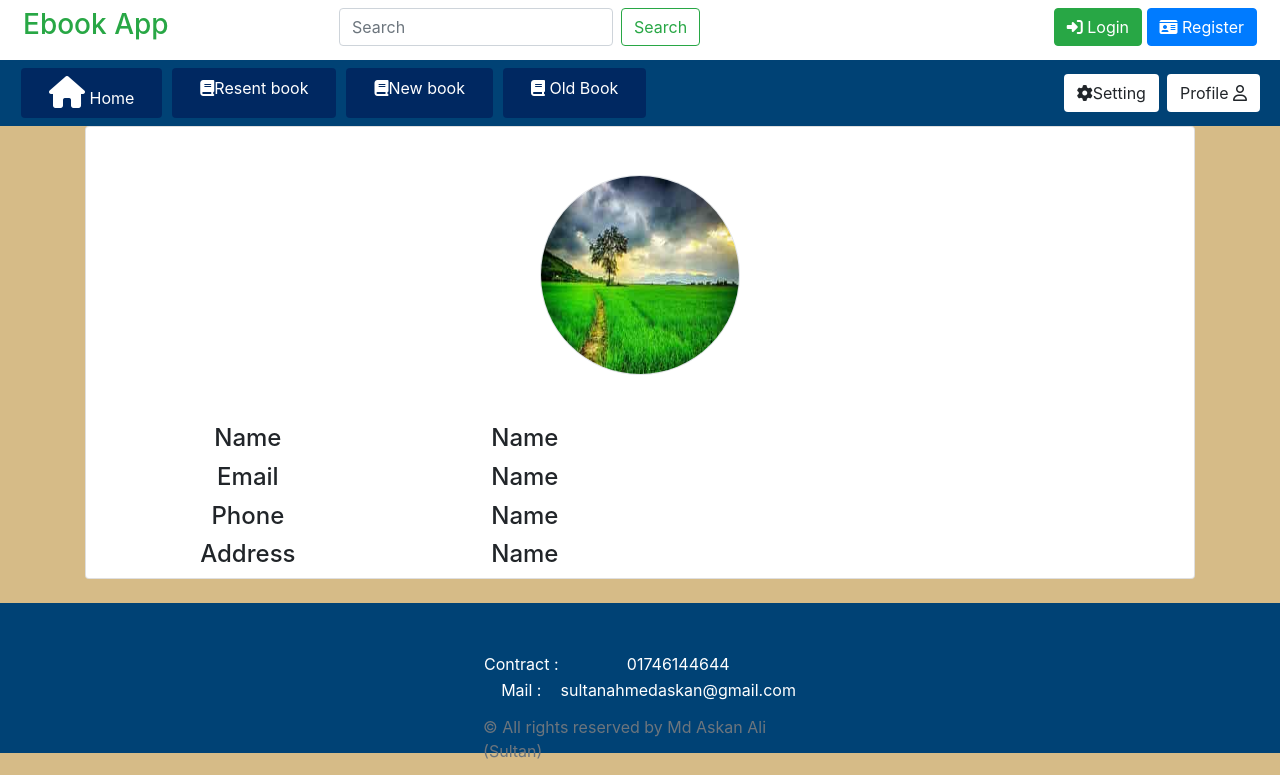
Repository: sultanaskan/EbookApp
Page: http://localhost/ebook/profile.jsp
An editor plug-in stored every save of this project. The page is shown before and after the next save, followed by the edit.
The browser window is 1280 px wide. The pictures show the whole page.
The page is served by Tomcat 9. Other server files are loaded and not shown.

Above is the page before, as saved 2024-05-06 08:05:42.

### ebook/src/main/webapp/profile.jsp
<%@page import="com.entity.Cart"%>
<%@page import="com.entity.Book"%>
<%@page import="java.util.List"%>
<%@page import="com.DAO.DBconn"%>
<%@ page language="java" contentType="text/html; charset=UTF-8"
	pageEncoding="UTF-8"%>

<%@ taglib prefix="c" uri="http://java.sun.com/jsp/jstl/core"%>
<%@ page isELIgnored="false"%>

<!DOCTYPE html>
<html>
<head>
<meta charset="UTF-8">
<title>New Book:</title>
<%@include file="components/allcss.jsp"%>


</head>
<body>
	<%@include file="components/navbar.jsp"%>


	<div class="container">
		<div class="card text-center">

			<div class="m-5">
				<img height="200px" width="200px"
					class="rounded-circle border w-5 h-5 r " alt=""
					src="data:[embedded picture, 7115 characters]">

			</div>

			<div class="text-center">
			<table class="col-6">
				<tr>
					<td><h4>Name</h4></td>
					<td><h4>Name</h4></td>
				</tr>
				<tr>
					<td><h4>Email</h4></td>
					<td><h4>Name</h4></td>
				</tr>
				<tr>
					<td><h4>Phone</h4></td>
					<td><h4>Name</h4></td>
				</tr>
				<tr>
					<td><h4>Address</h4></td>
					<td><h4>Name</h4></td>
				</tr>
			</table></div>

		</div>

	</div>



	<br>









	<%@include file="components/footer.jsp"%>
</body>
</html>

### ebook/src/main/webapp/components/allcss.jsp
<script
	src="https://cdn.jsdelivr.net/npm/jquery@3.5.1/dist/jquery.slim.min.js"></script>
<script
	src="https://cdn.jsdelivr.net/npm/popper.js@1.16.1/dist/umd/popper.min.js"></script>
<script
	src="D:/All projects/java web/EbookApp/src/main/webapp/components/bootstrap-4.6.2-dist/js/bootstrap.min.js"></script>

<link rel="stylesheet"
	href="https://cdn.jsdelivr.net/npm/bootstrap@4.6.2/dist/css/bootstrap.min.css">
<script
	src="https://cdn.jsdelivr.net/npm/bootstrap@4.6.2/dist/js/bootstrap.bundle.min.js"></script>
<link rel="stylesheet"
	href="https://cdnjs.cloudflare.com/ajax/libs/font-awesome/6.4.2/css/all.min.css" />

<link rel="stylesheet" href="components/style.css">

### ebook/src/main/webapp/components/navbar.jsp
<%@page import="java.sql.Connection"%>
<%@page import="com.db.Database"%>
<%@page import="com.entity.user"%>
<%@page import="com.DAO.DAOImpl"%>
<%@page import="com.DAO.DBconn"%>
<%@include file="jstl.jsp" %>


<% Connection conn =new Database().Dbconn(); %>


<div class="container-fluid bg-white  " style="min-height: 60px">
	<div class="row p-2">
		<div class="col-md-3">
			<h3 class="text-success float-left">Ebook App</h3>
		</div>
		<div class=" col-md-5">
			<form class="form-inline my-2 my-lg-0">
				<input class="form-control mr-sm-2" type="search"
					placeholder="Search" aria-label="Search">
				<button class="btn btn-outline-success my-2 my-sm-0" type="submit">Search</button>
			</form>
		</div>

		<c:if test="${not empty  logedin }">
			<div class="col-md-4  text-right">
				<a href="profile.jsp" class="btn btn-primary "><i
					class="fa-regular fa-user"></i> Profile</a>
				<button data-toggle="modal" data-target="#exampleModal"
					class="btn btn-danger ">
					<i class="fa-solid fa-right-from-bracket"></i> Logout
				</button>
			</div>
		</c:if>

		<c:if test="${empty logedin}">
			<div class="col-md-4  text-right">
				<a href="login.jsp" class="btn btn-success "><i
					class="fa-solid fa-right-to-bracket "></i> Login</a> <a
					href="register.jsp" class="btn btn-primary "><i
					class="fa-solid fa-id-card"></i> Register</a>
			</div>
		</c:if>


	</div>
</div>



<nav class="navbar navbar-expand-lg navbar-dark  sticky-top"
	style="background: #004275">
	<button class="navbar-toggler" type="button" data-toggle="collapse"
		data-target="#navbarSupportedContent"
		aria-controls="navbarSupportedContent" aria-expanded="false"
		aria-label="Toggle navigation">
		<span class="navbar-toggler-icon"></span>
	</button>
	<div class="row collapse navbar-collapse" id="navbarSupportedContent">
		<div class=" col-md-7 float-left ">
			<ul class="navbar-nav mr-auto">
				<li class="nav-item active"><a class="nav-link"
					href="index.jsp"> <i class="fa-solid fa-house fa-2x"></i> Home
				</a></li>
				<li class="nav-item active"><a class="nav-link"
					href="resentbook.jsp"> <i class="fa-solid fa-book"></i>Resent
						book
				</a></li>
				<li class="nav-item  active"><a class="nav-link"
					href="newbook.jsp"> <i class="fa-solid fa-book"></i>New book
				</a></li>
				<li class="nav-item active"><a class="nav-link "
					href="oldbook.jsp"> <i class="fa-solid fa-book"></i> Old Book
				</a></li>
			</ul>
		</div>

		<div class="col-md-5 ">
			<a class=" float-right btn bg-white mx-1" href="#">Profile <i
				class="fa-regular fa-user"></i>
			</a> <a href="setting.jsp" class=" float-right btn bg-white mx-1"
				href="#"><i class="fa-solid fa-gear"></i>Setting </a>




			<c:if test="${not empty logedin }">

				<%
				DAOImpl daoNav = new DAOImpl(conn);
				user uNav = (user) session.getAttribute("logedin");
				int uidNav = uNav.getUid();
				int totalCarts = daoNav.getCartsCountByUid(uidNav);
				System.out.println("total Carts is: " + totalCarts);
				%>

				<a href="cart.jsp" class="float-right  btn bg-white mx-1"
					href="#"> <i class="fa-solid fa-cart-arrow-down"></i> <sup
					style="font-size: 15px; width: 250px"
					class="bg-danger rounded text-white"> <%=totalCarts%>
				</sup>
				</a>
			</c:if>


		</div>

	</div>
</nav>





<!-- Modal -->
<div class="modal fade" id="exampleModal" tabindex="-1"
	aria-labelledby="exampleModalLabel" aria-hidden="true">
	<div class="modal-dialog">
		<div class="modal-content">
			<div class="modal-header">
				<h5 class="modal-title" id="exampleModalLabel">warning !</h5>
				<button type="button" class="close" data-dismiss="modal"
					aria-label="Close">
					<span aria-hidden="true">&times;</span>
				</button>
			</div>
			<div class="modal-body">Are you sure you want to logout?</div>
			<div class="modal-footer">
				<button type="button" class="btn btn-secondary" data-dismiss="modal">No</button>
				<a href="Logout" type="button" class="btn btn-primary">Yes</a>
			</div>
		</div>
	</div>
</div>

### ebook/src/main/webapp/components/jstl.jsp
<%@ taglib prefix = "c" uri = "http://java.sun.com/jsp/jstl/core" %>
<%@  page isELIgnored="false" %>

### ebook/src/main/webapp/components/footer.jsp
<div class="container-fluid  text-center " style="height:150px; background:#004275">
	<div class="row text-center text-white pt-5 justify-content-center">


		<table>
		<caption>&copy All rights reserved by Md Askan Ali (Sultan)</caption>

		<tr>
		<td>Contract : </td>
		<td>01746144644</td>
		</tr>
		<tr>
		<td>Mail     : </td>
		<td>sultanahmedaskan@gmail.com</td>
		</tr>
		</table>
	</div>
</div>

### ebook/src/main/java/com/db/Database.java
package com.db;

import java.sql.Connection;
import java.sql.DriverManager;
import java.sql.SQLException;

public class Database{






	public Database() {
		super();
		// TODO Auto-generated constructor stub
	}

	public Connection Dbconn() {
		// TODO Auto-generated method stub
		Connection conn  = null;
		String url= "jdbc:mysql://localhost:3306/ebook";
		String user= "root";
		String password= "";

		try {
			Class.forName("com.mysql.cj.jdbc.Driver");
		} catch (ClassNotFoundException e) {
			// TODO Auto-generated catch block
			e.printStackTrace();
		}

		try {

			conn = DriverManager.getConnection(url,user, password);
		} catch (SQLException e) {
			// TODO Auto-generated catch block
			e.printStackTrace();
		}

		return conn;
	}


}

### ebook/src/main/webapp/components/style.css

body{
	background-color:#D6BB87;
}
.gcardbook{
	height: 135px;
	width: 100px;
}
.resentbook{
	background-color: rgba(132, 151, 134,0.4);
	border-radius: 10px;
}

.newbook{
	background-color: rgba(148, 124, 145,0.4);
	border-radius: 10px;
}

.oldbook{
	background-color: rgba(155, 152, 130,.4);
	border-radius: 10px;
}
.card {
	background-color: rgba(255, 255, 223,0.3);
	transition: 1s ease-in-out ;
}
.card{
	background-color: white;
}

.navbar ul li{
	padding-left: 20px;
	padding-right: 20px;
	background-color: rgba(0, 0, 68, .4);
	border-radius: 4px;
	margin-right: 5px;
	margin-left: 5px;
}

.navbar ul li:hover {
	background-color:rgb(128, 0, 128);
	transition: .3s ease-in-out;
	color:rgb(0, 0, 64) !important;
	border-radius: 4px;

}

After the next save:
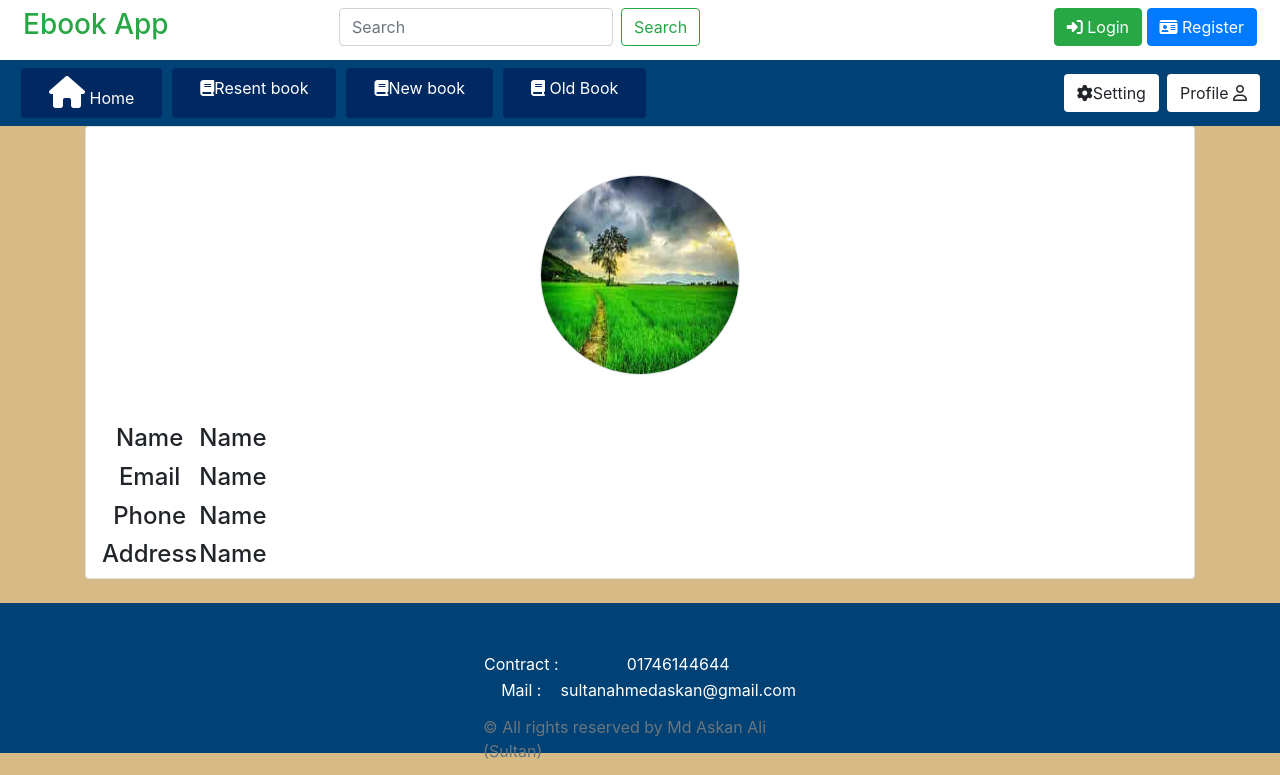
Saved 25 s later.
--- a/ebook/src/main/webapp/profile.jsp
+++ b/ebook/src/main/webapp/profile.jsp
@@ -31,25 +31,26 @@
 
 			</div>
 
-			<div class="text-center">
-			<table class="col-6">
-				<tr>
-					<td><h4>Name</h4></td>
-					<td><h4>Name</h4></td>
-				</tr>
-				<tr>
-					<td><h4>Email</h4></td>
-					<td><h4>Name</h4></td>
-				</tr>
-				<tr>
-					<td><h4>Phone</h4></td>
-					<td><h4>Name</h4></td>
-				</tr>
-				<tr>
-					<td><h4>Address</h4></td>
-					<td><h4>Name</h4></td>
-				</tr>
-			</table></div>
+			<div class="text-center col-6">
+				<table class="">
+					<tr>
+						<td><h4>Name</h4></td>
+						<td><h4>Name</h4></td>
+					</tr>
+					<tr>
+						<td><h4>Email</h4></td>
+						<td><h4>Name</h4></td>
+					</tr>
+					<tr>
+						<td><h4>Phone</h4></td>
+						<td><h4>Name</h4></td>
+					</tr>
+					<tr>
+						<td><h4>Address</h4></td>
+						<td><h4>Name</h4></td>
+					</tr>
+				</table>
+			</div>
 
 		</div>
 
